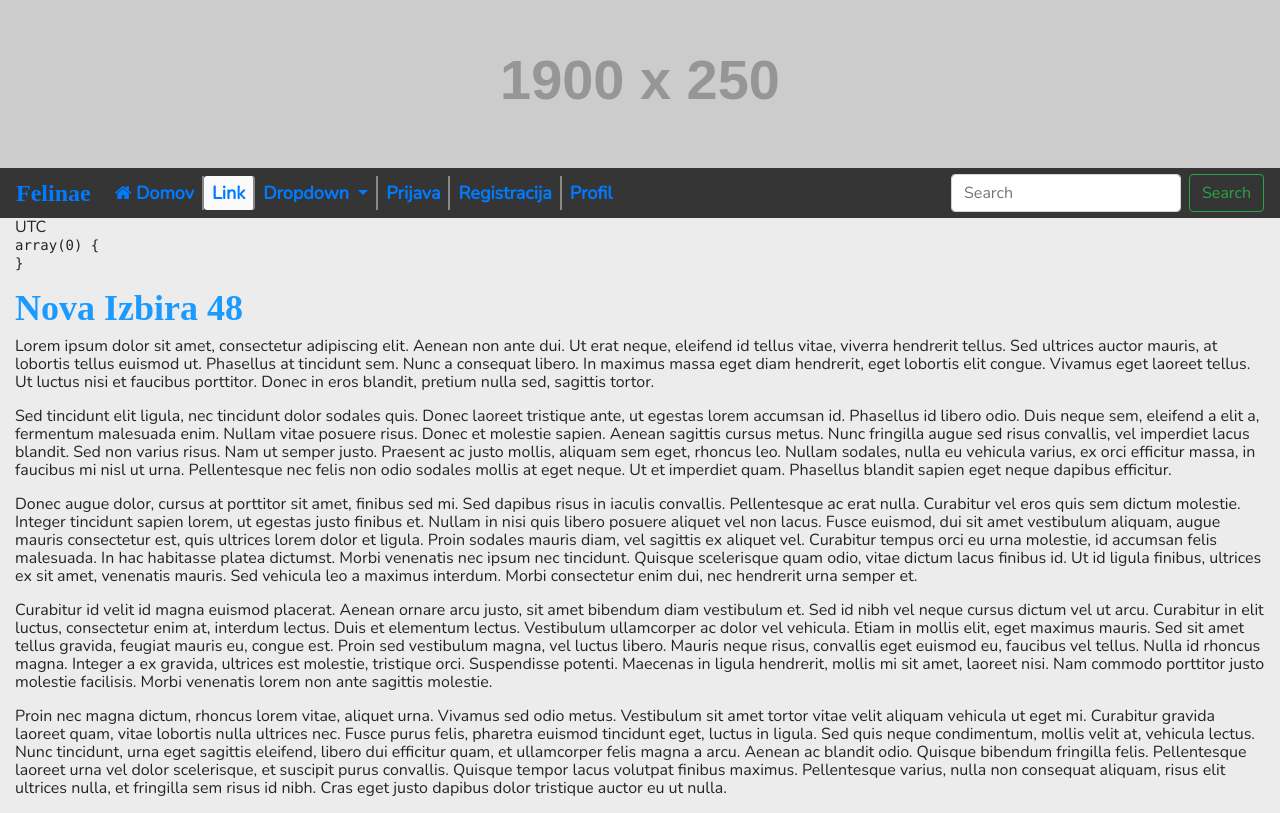
Repository: UrbyK/Felinae
Page: http://localhost/index.php?page=home
The author's editor kept a copy of each file at every save. The page is drawn from the files as they stood at one save, then again after the next save.
The browser window is 1280 px wide. The pictures show the whole page.
Some web fonts or font styles are not loaded; a fallback is used. The page is run by PHP 8.4 with error messages shown; the project is at /var/www/html/.

Above is the page before, as saved 2020-08-13 13:49:48.

### index.php
<?php
    session_start();

    include './functions.php';

    $pdo = pdo_connect_mysql();

    $page = isset($_GET['page']) && file_exists($_GET['page']. '.php') ? $_GET['page'] : 'home';
    include $page . '.php';


?>

### functions.php
<?php
    include './includes/dbh.inc.php';

    include_once('./includes/search-functions.php');

    function template_header($title){
        include_once('./header.php');
    }

    function template_footer(){
        include_once('./footer.php');
    }


    function countries(){
        $pdo = pdo_connect_mysql();
        $stmt = $pdo->prepare("SELECT * FROM country");
        $stmt->execute();
        $result = $stmt->fetchAll(PDO::FETCH_ASSOC);
        return $result;
    }


?>

### includes/dbh.inc.php
<?php
    function pdo_connect_mysql(){
        /* credentials */
        $dbHost = 'localhost';
        $dbUser = 'root';
        $dbPass = '';
        $dbName = 'felinae';

        try{
            return new PDO('mysql:host=' . $dbHost . ';dbname=' . $dbName . ';charset=utf8', $dbUser, $dbPass);
        } catch (PDOException $exception) {
            // If there is an error with the connection, stop the script and display the error.
            die ('Failed to connect to database!'. $exception->getMessage());
        }
    }
?>

### includes/search-functions.php
<?php
    function get_city($pdo, $city, $postalCode, $country_id){

        $query = "SELECT * FROM city WHERE country_id = ? AND lower(city) LIKE lower(?) AND postalCode = ?";
        $stmt = $pdo->prepare($query);
        $stmt->execute([$country_id, $city, $postalCode]);
        return $stmt;
    }
?>

### home.php
<?=template_header('Home')?>

<?php

echo date_default_timezone_get();


echo '<pre>';
var_dump($_SESSION);
echo '</pre>';
?>

    <h1>Nova Izbira 48</h1>
<p>
Lorem ipsum dolor sit amet, consectetur adipiscing elit. Aenean non ante dui. Ut erat neque, eleifend id tellus vitae, viverra hendrerit tellus. Sed ultrices auctor mauris, at lobortis tellus euismod ut. Phasellus at tincidunt sem. Nunc a consequat libero. In maximus massa eget diam hendrerit, eget lobortis elit congue. Vivamus eget laoreet tellus. Ut luctus nisi et faucibus porttitor. Donec in eros blandit, pretium nulla sed, sagittis tortor.
</p>
<p>
Sed tincidunt elit ligula, nec tincidunt dolor sodales quis. Donec laoreet tristique ante, ut egestas lorem accumsan id. Phasellus id libero odio. Duis neque sem, eleifend a elit a, fermentum malesuada enim. Nullam vitae posuere risus. Donec et molestie sapien. Aenean sagittis cursus metus. Nunc fringilla augue sed risus convallis, vel imperdiet lacus blandit. Sed non varius risus. Nam ut semper justo. Praesent ac justo mollis, aliquam sem eget, rhoncus leo. Nullam sodales, nulla eu vehicula varius, ex orci efficitur massa, in faucibus mi nisl ut urna. Pellentesque nec felis non odio sodales mollis at eget neque. Ut et imperdiet quam. Phasellus blandit sapien eget neque dapibus efficitur.
</p>
<p>
Donec augue dolor, cursus at porttitor sit amet, finibus sed mi. Sed dapibus risus in iaculis convallis. Pellentesque ac erat nulla. Curabitur vel eros quis sem dictum molestie. Integer tincidunt sapien lorem, ut egestas justo finibus et. Nullam in nisi quis libero posuere aliquet vel non lacus. Fusce euismod, dui sit amet vestibulum aliquam, augue mauris consectetur est, quis ultrices lorem dolor et ligula. Proin sodales mauris diam, vel sagittis ex aliquet vel. Curabitur tempus orci eu urna molestie, id accumsan felis malesuada. In hac habitasse platea dictumst. Morbi venenatis nec ipsum nec tincidunt. Quisque scelerisque quam odio, vitae dictum lacus finibus id. Ut id ligula finibus, ultrices ex sit amet, venenatis mauris. Sed vehicula leo a maximus interdum. Morbi consectetur enim dui, nec hendrerit urna semper et.
</p>
<p>
Curabitur id velit id magna euismod placerat. Aenean ornare arcu justo, sit amet bibendum diam vestibulum et. Sed id nibh vel neque cursus dictum vel ut arcu. Curabitur in elit luctus, consectetur enim at, interdum lectus. Duis et elementum lectus. Vestibulum ullamcorper ac dolor vel vehicula. Etiam in mollis elit, eget maximus mauris. Sed sit amet tellus gravida, feugiat mauris eu, congue est. Proin sed vestibulum magna, vel luctus libero. Mauris neque risus, convallis eget euismod eu, faucibus vel tellus. Nulla id rhoncus magna. Integer a ex gravida, ultrices est molestie, tristique orci. Suspendisse potenti. Maecenas in ligula hendrerit, mollis mi sit amet, laoreet nisi. Nam commodo porttitor justo molestie facilisis. Morbi venenatis lorem non ante sagittis molestie.
</p>
<p>
Proin nec magna dictum, rhoncus lorem vitae, aliquet urna. Vivamus sed odio metus. Vestibulum sit amet tortor vitae velit aliquam vehicula ut eget mi. Curabitur gravida laoreet quam, vitae lobortis nulla ultrices nec. Fusce purus felis, pharetra euismod tincidunt eget, luctus in ligula. Sed quis neque condimentum, mollis velit at, vehicula lectus. Nunc tincidunt, urna eget sagittis eleifend, libero dui efficitur quam, et ullamcorper felis magna a arcu. Aenean ac blandit odio. Quisque bibendum fringilla felis. Pellentesque laoreet urna vel dolor scelerisque, et suscipit purus convallis. Quisque tempor lacus volutpat finibus maximus. Pellentesque varius, nulla non consequat aliquam, risus elit ultrices nulla, et fringilla sem risus id nibh. Cras eget justo dapibus dolor tristique auctor eu ut nulla.
</p>

### header.php
<!DOCTYPE html>
<html>
    <head>
        <meta charset="utf-8" content="text/html"/>
        <meta name="viewport" content="width=device-width, intital-scale=1.0"/>

        <!-- JavaScript -->
        <script src="https://code.jquery.com/jquery-3.5.1.min.js" integrity="sha256-9/aliU8dGd2tb6OSsuzixeV4y/faTqgFtohetphbbj0=" crossorigin="anonymous"></script>

        <!-- Boostrap -->
            <!-- CSS -->
        <link rel="stylesheet" href="https://stackpath.bootstrapcdn.com/bootstrap/4.5.0/css/bootstrap.min.css"
            integrity="sha384-9aIt2nRpC12Uk9gS9baDl411NQApFmC26EwAOH8WgZl5MYYxFfc+NcPb1dKGj7Sk" crossorigin="anonymous" />

            <!-- JavaScript -->
        <script src="https://stackpath.bootstrapcdn.com/bootstrap/4.5.0/js/bootstrap.bundle.min.js"
             integrity="sha384-1CmrxMRARb6aLqgBO7yyAxTOQE2AKb9GfXnEo760AUcUmFx3ibVJJAzGytlQcNXd" crossorigin="anonymous"></script>

        <!-- FONTAWESOME -->
        <link rel="stylesheet" href="https://stackpath.bootstrapcdn.com/font-awesome/4.7.0/css/font-awesome.min.css" integrity="sha384-wvfXpqpZZVQGK6TAh5PVlGOfQNHSoD2xbE+QkPxCAFlNEevoEH3Sl0sibVcOQVnN"
         crossorigin="anonymous">

         <script src="./js/active-menu.js" crossorigin="anonymous"></script>


        <!-- Custom CSS -->
        <link rel="stylesheet" href="./css/style.css"/>

        <title>Felinae</title>
    </head>

    <body>

        <header>
            <div class="banner"><img src="https://via.placeholder.com/1900x250" alt="banner"></div>
        </header>

       <!-- <nav class="navbar sticky-top navbar-expand-lg navbar-light bg-light ">-->
        <nav class="navbar sticky-top navbar-expand-lg">
            <a class="navbar-brand" href="#">Felinae</a>
            <button class="navbar-toggler ml-auto custom-toggler" type="button" data-toggle="collapse" data-target="#navbarSupportedContent" aria-controls="navbarSupportedContent" aria-expanded="false" aria-label="Toggle navigation">
                <span class="navbar-toggler-icon"></span>
            </button>

            <div class="collapse navbar-collapse" id="navbarSupportedContent">

                <ul class="navbar-nav mr-auto">
                    <li class="nav-item">
                        <a class="nav-link" href="./index.php"><i class="fa fa-home" aria-hidden="true"></i> Domov <span class="sr-only">(current)</span></a>
                    </li>
                    <li class="nav-item">
                        <a class="nav-link" href="./index.php?page=home">Link</a>
                    </li>
                    <li class="nav-item dropdown" >
                        <a class="nav-link dropdown-toggle" href="#" id="navbarDropdown" role="button" data-toggle="dropdown" aria-haspopup="true" aria-expanded="false">
                        Dropdown
                        </a>
                        <div class="dropdown-menu" aria-labelledby="navbarDropdown">
                        <a class="dropdown-item" href="#">Action</a>
                        <a class="dropdown-item" href="#">Another action</a>
                        <div class="dropdown-divider"></div>
                        <a class="dropdown-item" href="#">Something else here</a>
                        </div>
                    </li>

                    <li class="nav-item">
                        <a class="nav-link" href="./index.php?page=login">Prijava</a>
                    </li>

                    <li class="nav-item">
                        <a class="nav-link" href="./index.php?page=register-personal">Registracija</a>
                    </li>

                    <li>
                        <a class="nav-link" href="./index.php?page=profile">Profil</a>
                    </li>
                </ul>

                <form class="form-inline my-2 my-lg-0">
                    <input class="form-control mr-sm-2" type="search" placeholder="Search" aria-label="Search">
                    <button class="btn btn-outline-success my-2 my-sm-0" type="submit">Search</button>
                </form>

            </div>
        </nav>

    <div class="container-fluid">

### js/active-menu.js
$(function(){
    // this will get the full URL at the address bar
    var url = window.location.href;

    // passes on every "a" tag
    $(".navbar a").each(function() {
            // checks if its the same on the address bar
        if(url == (this.href)) {
            $(this).closest("li").addClass("active");
        }
    });
});

### css/style.css
@import url('http://fonts.googleapis.com/css?family=Oxygen+Mono');
@import url('https://fonts.googleapis.com/css?family=Damion|Neucha|Pacifico|Yellowtail&display=swap');
@import url('https://fonts.googleapis.com/css2?family=Crimson+Text&family=Nunito&family=Overlock&family=Source+Sans+Pro&display=swap');
@import url('https://fonts.googleapis.com/css2?family=Love+Ya+Like+A+Sister&display=swap');

body{
    padding: 0;
    margin: 0 auto;
    font-size: 16px;
    line-height: 1.125em;

    font-family: 'Nunito', 'Source Sans Pro', sans-serif;
    background-color: #ececec;
}

h1, h2, h3, h4, h5, h6{
    font-family: 'Overlock', 'Crimson Text', cursive, serif;
    color: #1b9bff;
    font-weight: 550;
    line-height: 1.125em;
}

h1{
    font-size: 36px;
}
h2{
    font-size: 32px;
}
h3{
    font-size: 28px;
}
h4{
    font-size: 24px;
}
h5{
    font-size: 20px;
}
h6{
    font-size: 16px;
}
/* BANNER */
.banner img{
    width: 100%;
    height: auto;
}

/*NAVBAR*/
.navbar{
    background-color: rgb(53,53,53);
    font-size: 18px;
    font-weight: 600;
    max-height: 50px;
}

.navbar-brand{
    font-size: 24px;
    font-family: 'Love Ya Like A Sister','Overlock';
    font-weight: 800;

}

.custom-toggler .navbar-toggler-icon {
    background-image: url("data:[embedded picture, 239 characters]");
  }

  .custom-toggler, .navbar-toggler {
    border-color: rgb(27, 155, 255);
    border-width: 2px;
  }

  .active{
    background-color: #FAFAFA;
    border-radius: 3px;
  }
.navbar-nav .nav-item{
    border-right: 2px solid #888;
}


/*REGISTER/LOGIN FORM*/

.my-form .hint{
    font-size: 10px;
}

After the next save:
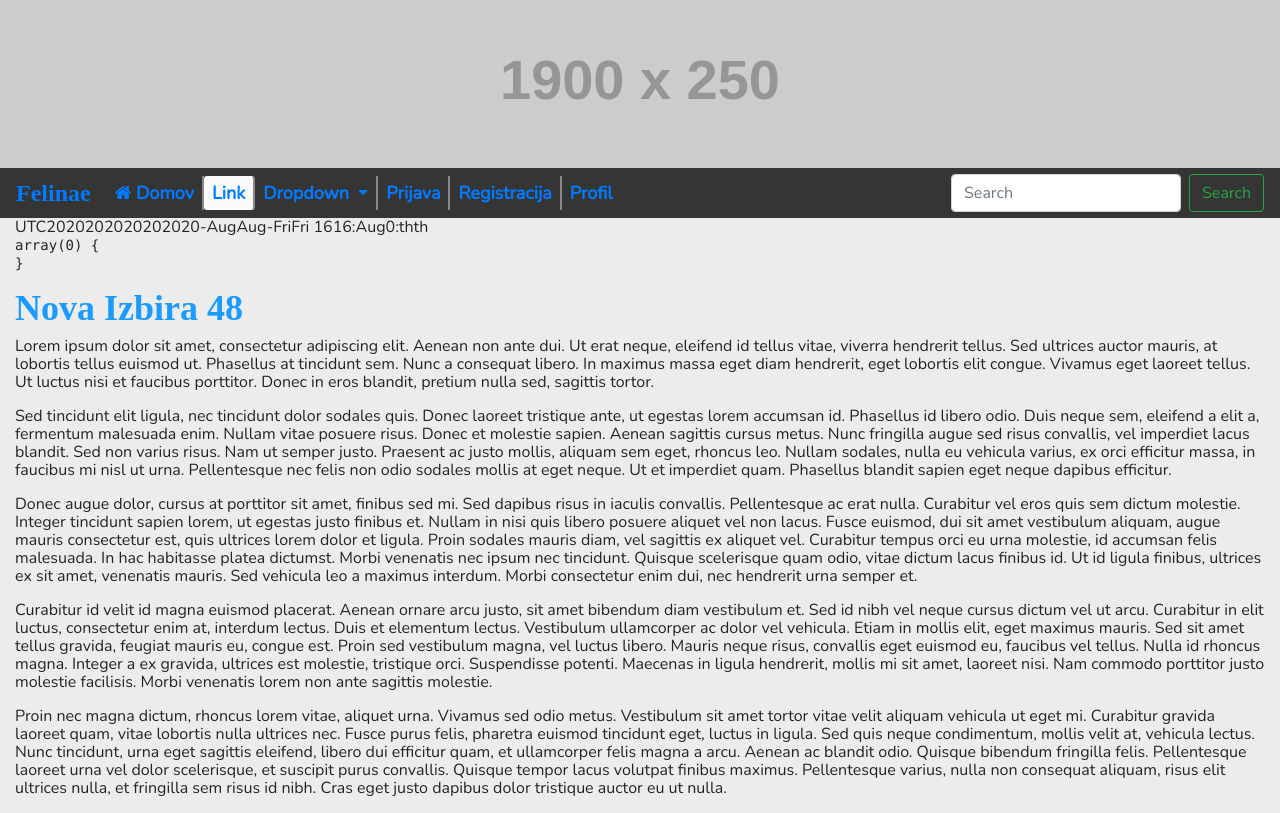
Saved 76 s later.
--- a/home.php
+++ b/home.php
@@ -3,6 +3,7 @@
 <?php
 
 echo date_default_timezone_get();
+echo date('YYYY-MM-DD HH:MI:SS', time());
 
 
 echo '<pre>';
